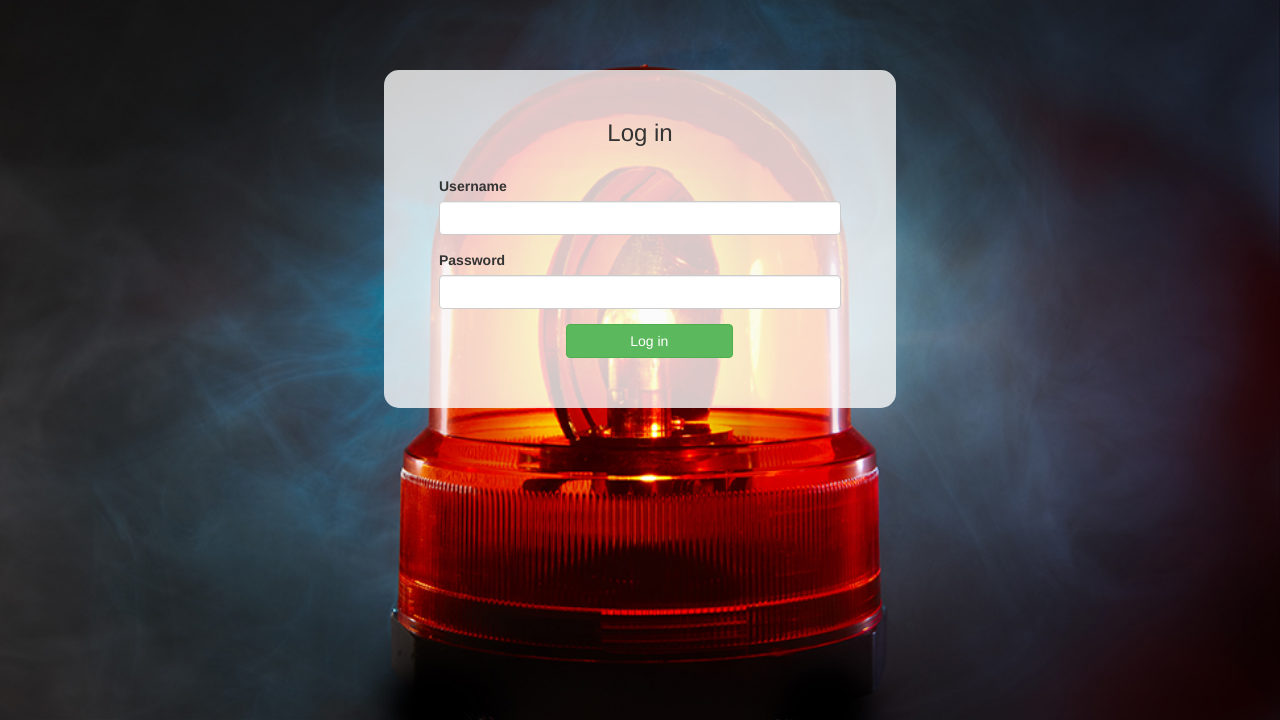
Repository: majamiljic/WebProgramming
Page: emergencySituations/WebContent/login.html
The author's editor kept a copy of each file at every save. The page is drawn from the files as they stood at one save, then again after the next save.
The browser window is 1280 px wide. The pictures show the whole page.

Above is the page before, as saved 2018-01-26 14:51:29.

After the next save:
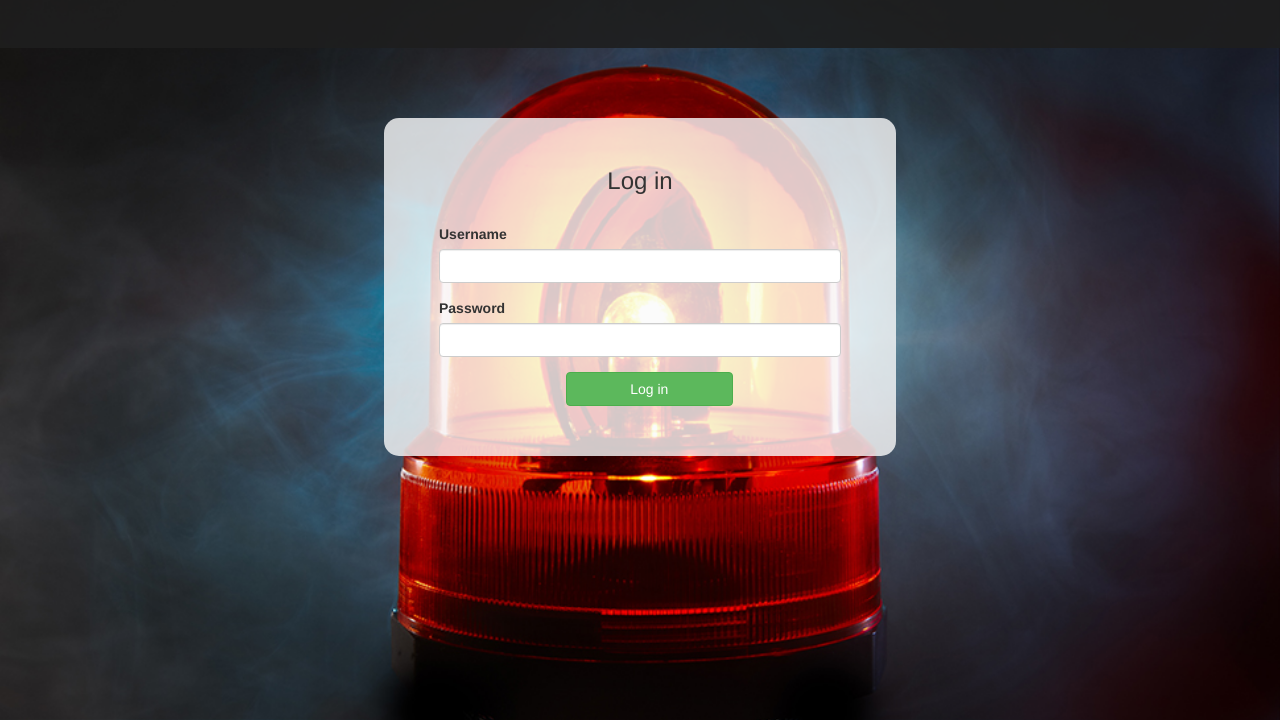
Saved 17 s later.
--- a/emergencySituations/WebContent/login.html
+++ b/emergencySituations/WebContent/login.html
@@ -8,6 +8,14 @@
 		<script type="text/javascript" src="js/controllers/login.js"></script>
     </head>
     <body style="background-color: black">
+        <ul>
+            <li style="float: right; margin-right: 20px; visibility: hidden;">
+				<a>Maja</a>
+			</li>
+            <li style="float: right; visibility: hidden;">
+				<a>Miljic</a>
+			</li>
+        </ul>
 
         <div class="loginDiv" id="loginForm">
 			<form action="" method="post" class="loginForm">
